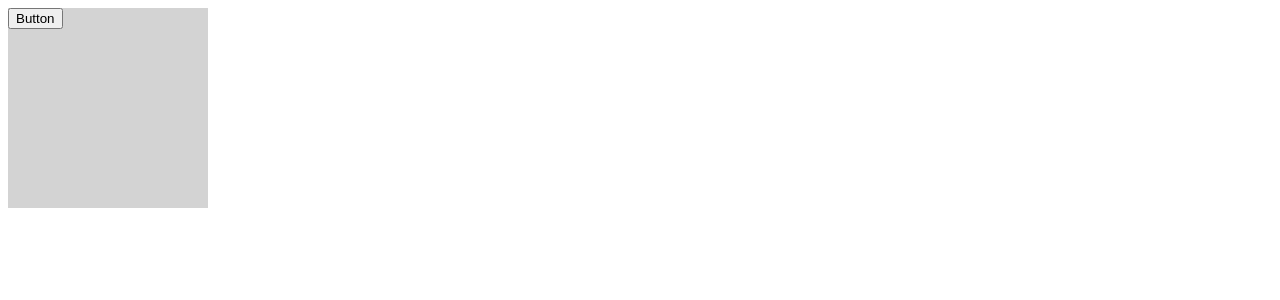
Repository: ezotop/react_ts_props-hook-router-event-req
Page: /
The author's editor kept a copy of each file at every save. The page is drawn from the files as they stood at one save, then again after the next save.
The browser window is 1280 px wide. The pictures show the whole page.
The project was rebuilt for these pictures with package versions that can differ from the ones it lists, and the page was loaded fresh each time.

Above is the page before, as saved 2021-04-19 20:59:24.

After the next save:
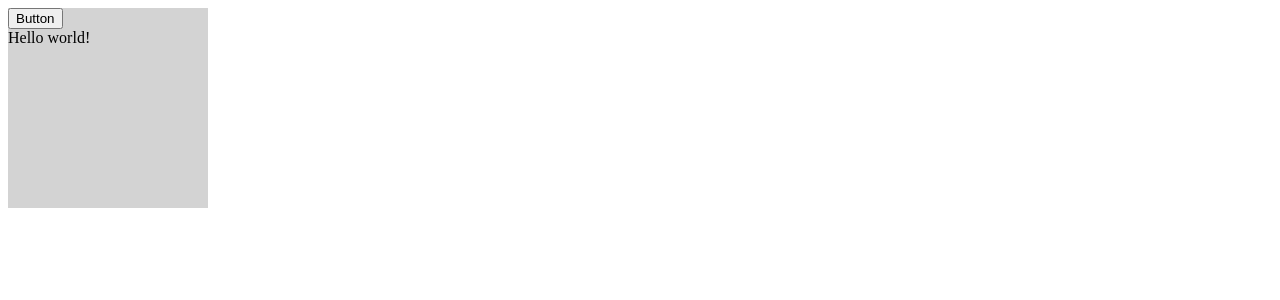
Saved 21 s later.
--- a/src/App.tsx
+++ b/src/App.tsx
@@ -6,6 +6,7 @@ const App = () => {
         <div>
             <Card variant={CardVariant.primary} width={'200px'} height={'200px'}>
                 <button>Button</button>
+                <div>Hello world!</div>
             </Card>
         </div>
     );
